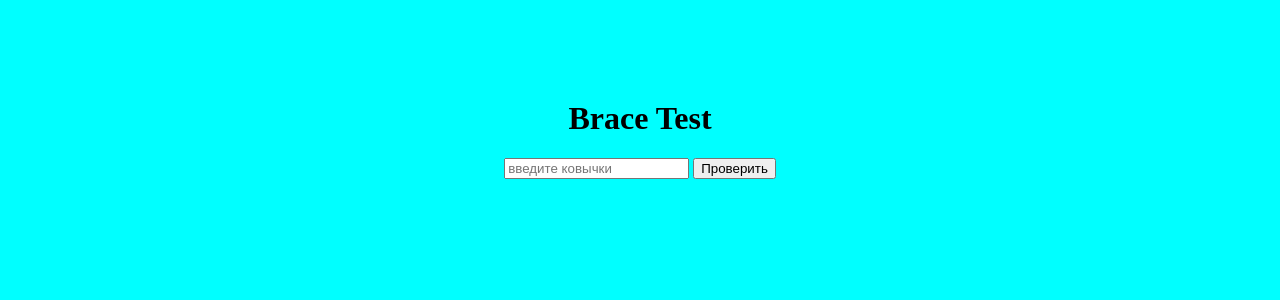
Repository: PGVlasov/braces
Page: index.html
An editor plug-in stored every save of this project. The page is shown before and after the next save, followed by the edit.
The browser window is 1280 px wide. The pictures show the whole page.
Empty fields were first filled with sample values (such as "Sample", 5 or name@example.com).
After loading, the first visible `#inputValue` was changed once.

Above is the page before, as saved 2021-04-06 19:33:21.

After the next save:
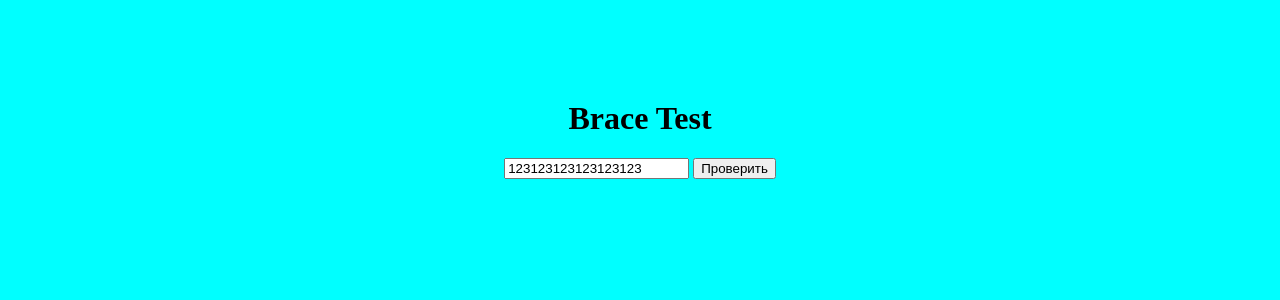
Saved 3 min 4 s later.
--- a/index.js
+++ b/index.js
@@ -2,14 +2,14 @@ let input = document.querySelector(".myValidate");
 let btn = document.querySelector(".button-order");
 
 input.addEventListener("keyup", function () {
-  this.value = this.value.replace(/[^\d]/g, "");
+  this.value = this.value.replace(/[^\d]/g, "123");
   console.log(this.value);
   return this.value;
 });
 
 let stringForTest = document.querySelector(".myValidate").value;
 // function checkInput() {
-console.log("stringForTest");
+console.log(typeof stringForTest);
 // }
 
 //checkInput();
